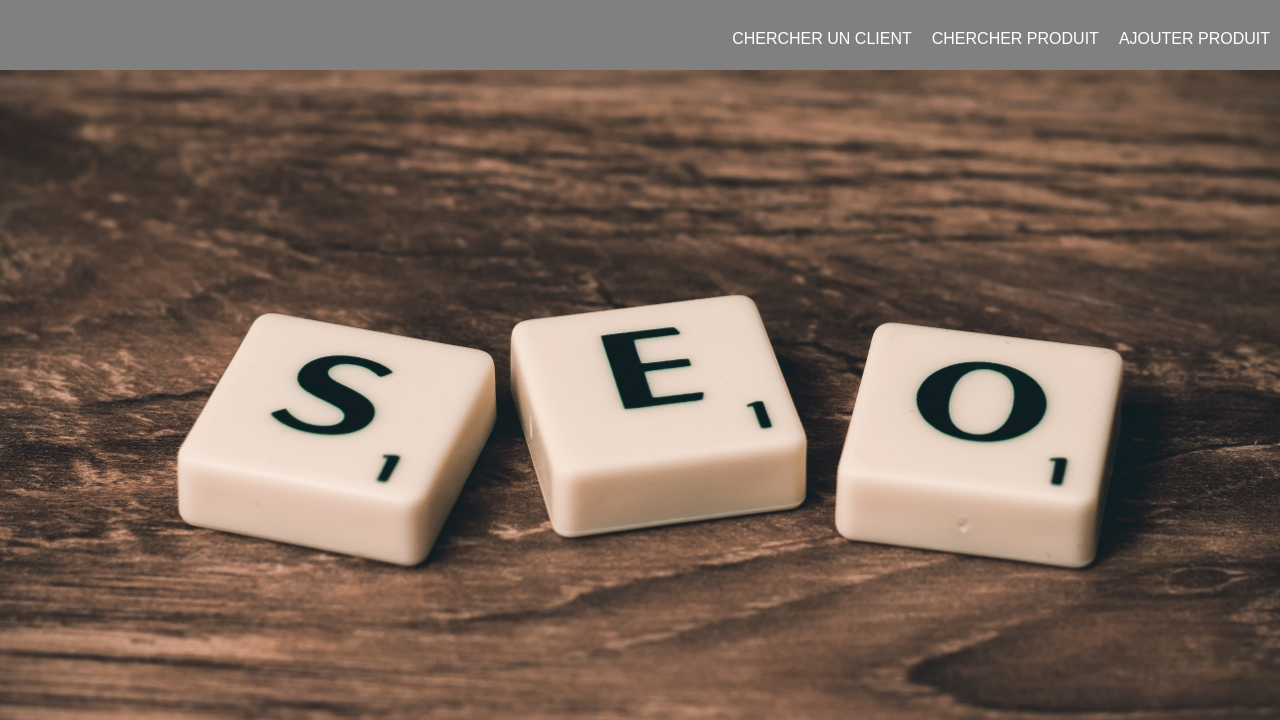
Repository: ahthionkevin/first-ecommerce-website
Page: http://localhost/ShowDetail.php
These files come from the project's save history. The page is drawn as it stood at one moment and after a run of saves; the edit follows.
The browser window is 1280 px wide. The pictures show the whole page.
The page is run by PHP 8.4 with error messages shown; the project is at /var/www/html/.

Above is the page before, as saved 2021-06-16 20:44:55.

### Cote_Serveur/ShowDetail.php
<!DOCTYPE html>
<html lang="en">
<head>
    <meta charset="UTF-8">
    <title>SHOW PRODUCT</title>
    <link rel="stylesheet" href="style.css">
</head>
<body>
<?php
    require("header.php");
    if(isset($_GET['idProduct']) && !empty($_GET['idProduct']))
    {
        $id=$_GET['idProduct'];
        $sql="SELECT * FROM article WHERE id_article=\"$id\"";

        define("MYHOST","localhost");
        define("MYUSER","root");
        define("MYPASS","");
        $db="magasin";

        $idcom=@mysqli_connect(MYHOST,MYUSER,MYPASS,$db);

        $result=@mysqli_query($idcom,$sql);
        $coord=@mysqli_fetch_row($result);

        echo "<h2>$coord[1]</h2>";
        echo "<p>$coord[2]</p>";




    }

?>
</body>
</html>

### Cote_Serveur/header.php
<header>
    <nav>
        <a href="addProductView.php" class="link">AJOUTER PRODUIT</a>
        <a href="indexPRoduct.php" class="link">CHERCHER PRODUIT</a>
        <a href="index.php" class="link">CHERCHER UN CLIENT</a>
    </nav>
</header>

### Cote_Serveur/style.css

*{
    margin: 0px;
    font-family: "Century Gothic",sans-serif;
}
form{
    margin:50px auto;
    text-align: center;
    padding: 10px;


}
form.read{
    width: 35%;
    height: 300px;
    background-color: rgba(100,110,100,0.75);
    border-radius: 20px;
    box-shadow: black 0px 3px 5px;
}
body{
    margin: 0px;
    padding:0px;
    /*background-color: aliceblue;*/
    background-image: url(./bg.jpg);
    background-size: cover;
}
table{
    margin:10px auto;
}
td{
   text-align: center;

}
label,input
{
    margin:5px 3px;
}
h2{
    text-align: center;
    padding-top: 20px;
}
.red{
    color: red;
}
header{

    background-color: gray;
    height: 50px;
    padding-top: 20px;
}

a.link{
    text-decoration: none;
    font-size: 16px;
    color: white;
    text-align: right;
    margin: 10px;
    float: right;
}
a.link:hover{
    color: black;
}
input.sign{
    padding:3px 7px;
    display: inline-block;
    width: 230px;
    height: 20px;
    font-size: 16px;
}
p.red{
    text-align: center;
}

After the next 2 saves:
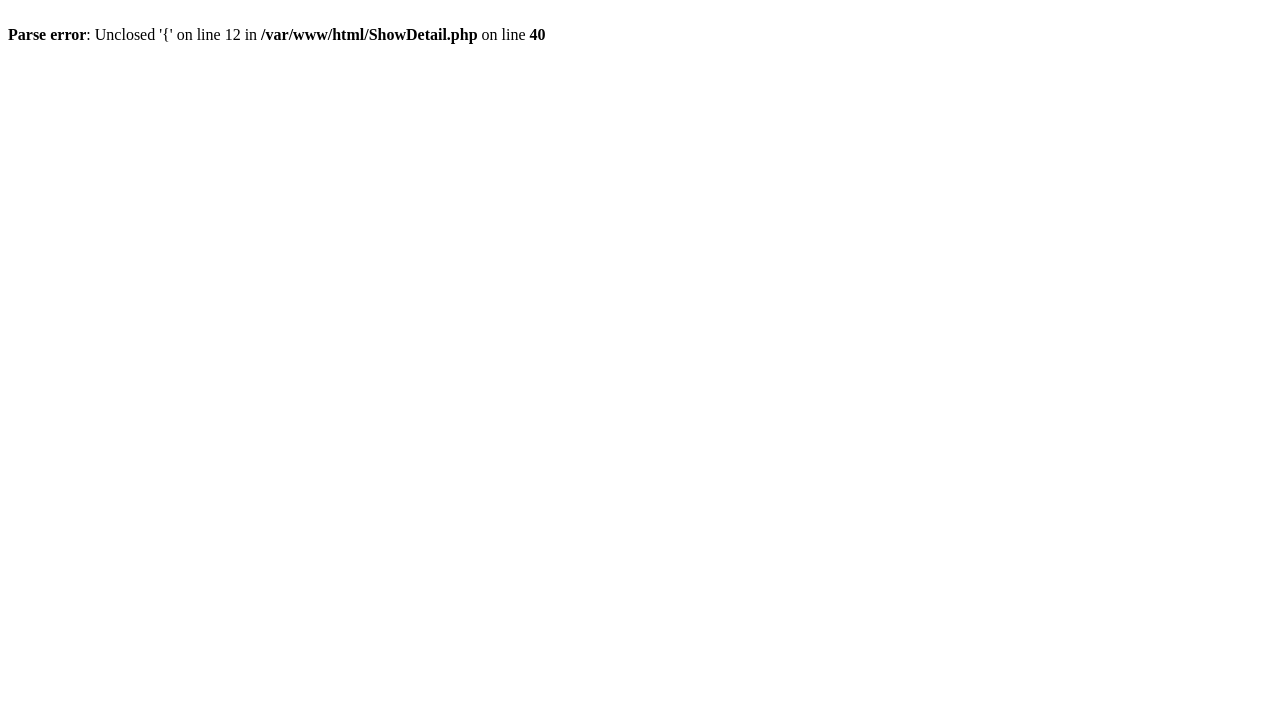
The 2 saves are shown as one change because they came seconds apart.
The last was saved 5 min 34 s later.
--- a/Cote_Serveur/ShowDetail.php
+++ b/Cote_Serveur/ShowDetail.php
@@ -25,6 +25,8 @@
 
         echo "<h2>$coord[1]</h2>";
         echo "<p>$coord[2]</p>";
+        echo "<p>$coord[3] dhs</p>";
+        echo "<form action=\"addCommand.php\" method=\"post\"><label>Prix: </label><input type=\"text\" name=\"qte\" value=\"0\"></form>;
 
 
 

After the save that followed:
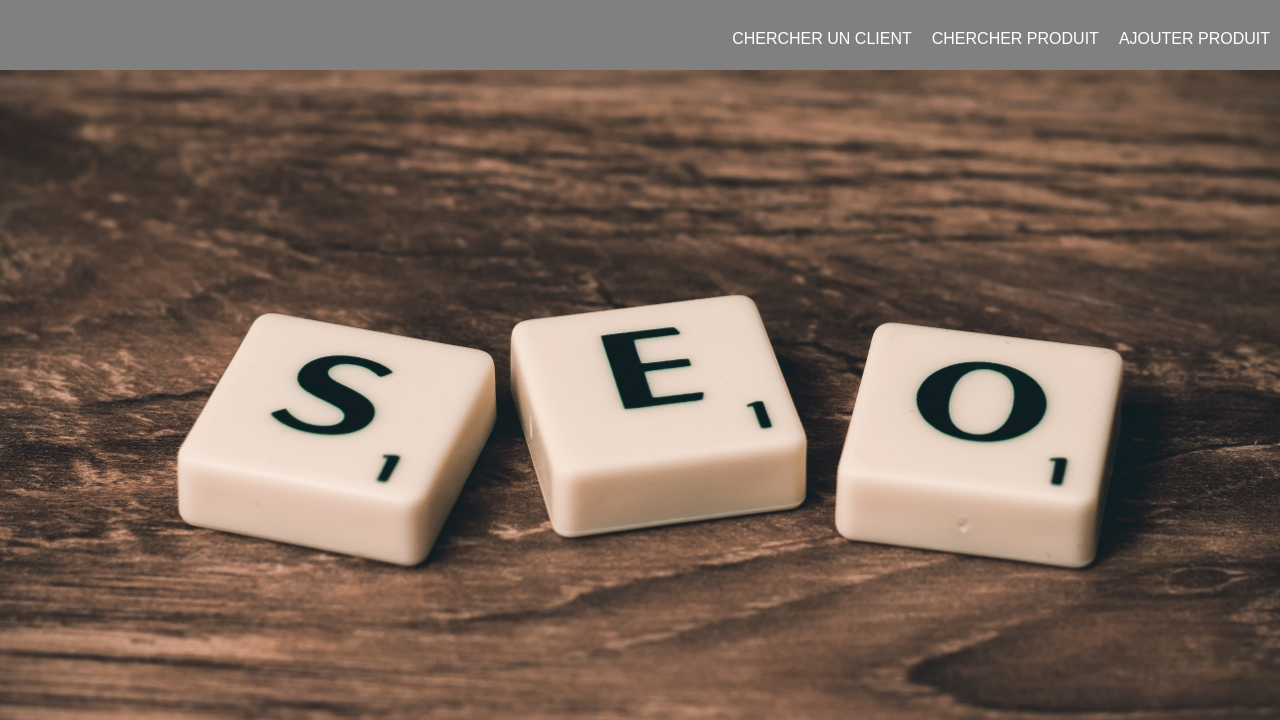
Saved 5 s later.
--- a/Cote_Serveur/ShowDetail.php
+++ b/Cote_Serveur/ShowDetail.php
@@ -26,7 +26,7 @@
         echo "<h2>$coord[1]</h2>";
         echo "<p>$coord[2]</p>";
         echo "<p>$coord[3] dhs</p>";
-        echo "<form action=\"addCommand.php\" method=\"post\"><label>Prix: </label><input type=\"text\" name=\"qte\" value=\"0\"></form>;
+        echo "<form action=\"addCommand.php\" method=\"post\"><label>Prix: </label><input type=\"text\" name=\"qte\" value=\"0\"></form>";
 
 
 
